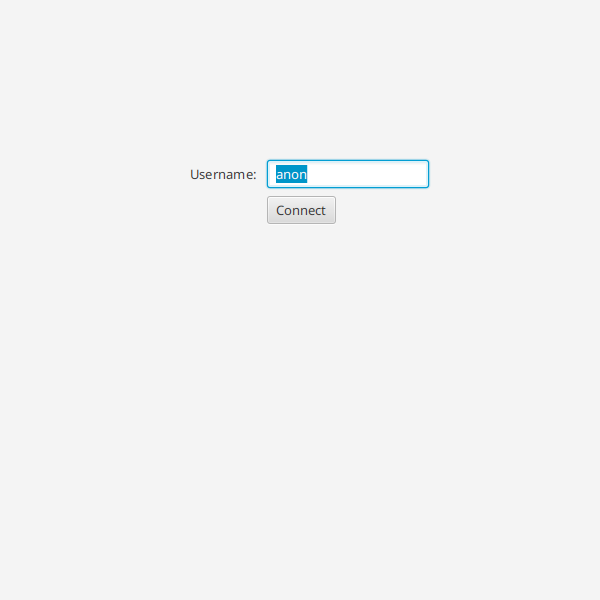
Repository: silic4-ivey/River
Program's window: java RiverClient/src/Main.java
An editor plug-in stored every save of this project. The program's window is shown before and after the next save, followed by the edit.
It runs on Java 21 on a 1366 x 768 screen with JavaFX 11; the title bar is not drawn. It also reads RiverClient/src/resources/fonts/Modeseven-L3n5.ttf.

Above is the program's window before, as saved 2021-08-16 18:12:52.

After the next save:
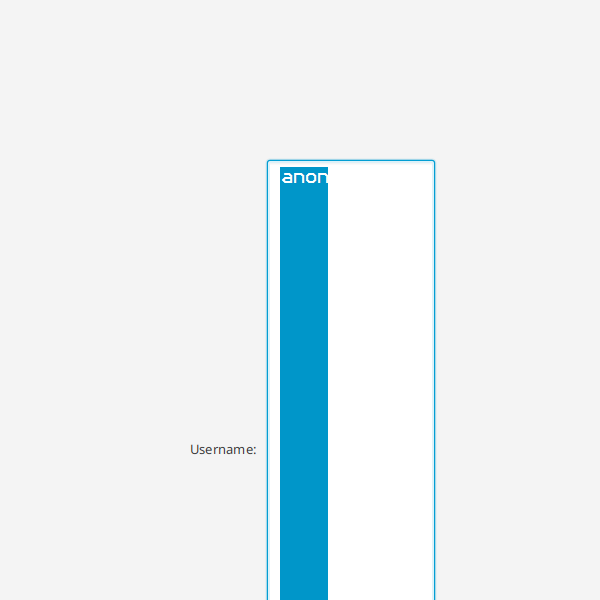
Saved 64 s later.
--- a/RiverClient/src/MainUI.java
+++ b/RiverClient/src/MainUI.java
@@ -33,7 +33,7 @@
 	            Font.loadFont(getClass()
 	                .getResourceAsStream(fontPath + modeSeven), 20);
 
-		//text.setFont(terminalFont);
+		text.setFont(terminalFont);
 
 		Button connectButton = new Button("Connect");
 		connectButton.setOnAction(e ->startConnection(text.getText()));   ///////////////////////////////
